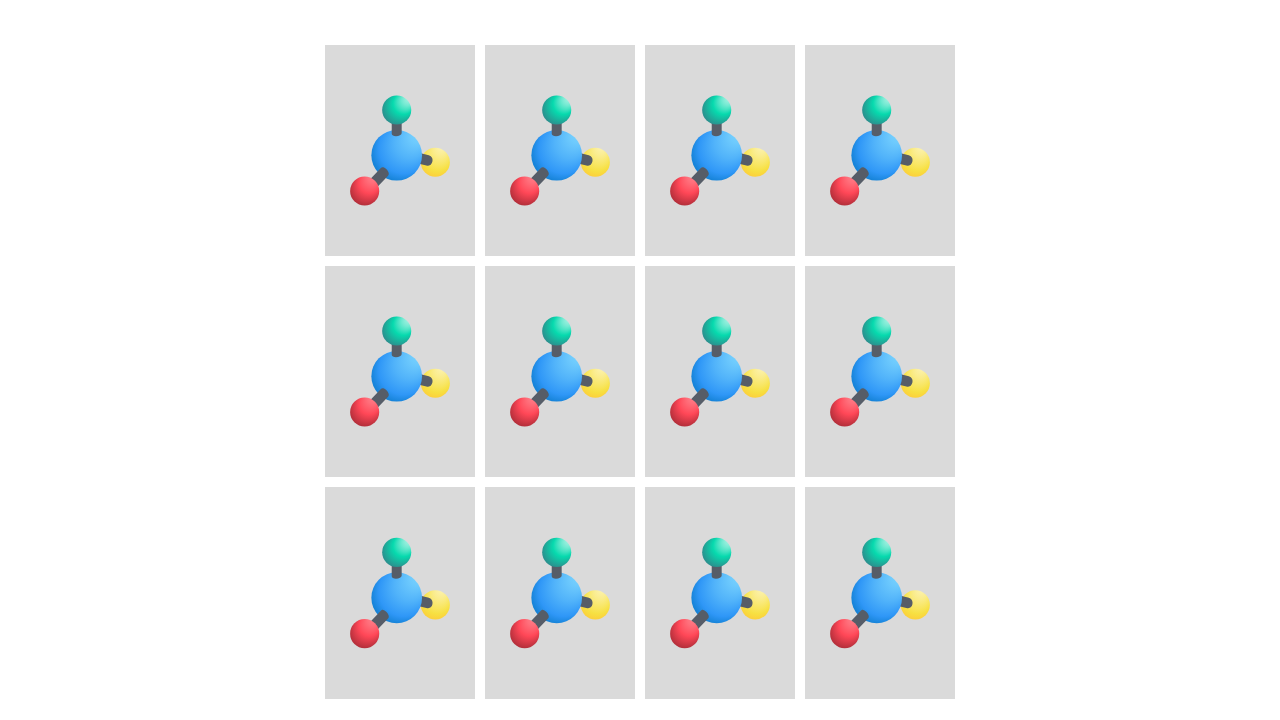
Repository: LeviUmr/JogoDaMemoria
Page: index.html
These files come from the project's save history. The page is drawn as it stood at one moment and after the next save; the edit follows.
The browser window is 1280 px wide. The pictures show the whole page.
Pictures or frames that could not be fetched are drawn as grey boxes.

Above is the page before, as saved 2020-09-16 19:59:40.

### index.html
<html lang="en">
<head>
    <meta charset="UTF-8">
    <meta name="viewport" content="width=device-width, initial-scale=1.0">
    <title>Jogo da Memoria</title>
    <link rel="stylesheet" href="style.css">
</head>
<body>

    <div id="cardboard"></div>
    <script src="main.js" ></script>
</body>
</html>

### style.css
*{
    padding: 0;
    margin: 0;
    box-sizing: border-box;
}
body{
    height: 100vh;
    display: flex;
}

#cardboard{
    width:640px;
    height:640px ;
    margin:auto;
    display: flex;
    flex-wrap: wrap;
}

.memory-card{
    width: calc(25% - 10px);
    height: 33%;
    margin: 5px;
    position: relative;
}

.front,
.back{
    background: #dadada;
    width: 100%;
    height: 100%;
    padding: 20px;
    position:absolute;
}

### main.js
const cardBoard = document.querySelector("#cardBoard")

const images = [
    '001-cat.svg','002-horse.svg','003-gorilla.svg','004-snake.svg','005-toucan.svg', '006-jaguar.svg',

];

let HTML = '';

images.forEach(img =>{
    HTML += `
    <div class="memory-card">
        <img class="front" src= "images/${img}">
        <img class="back" src= "images/molecula.svg">

    </div>
    `
})

cardBoard.innerHTML = HTML + HTML;

//Ícones feitos por <a href="https://www.flaticon.com/br/autores/dighital" title="Dighital">Dighital</a> from <a href="https://www.flaticon.com/br/" title="Flaticon"> www.flaticon.com</a>

After the next save:
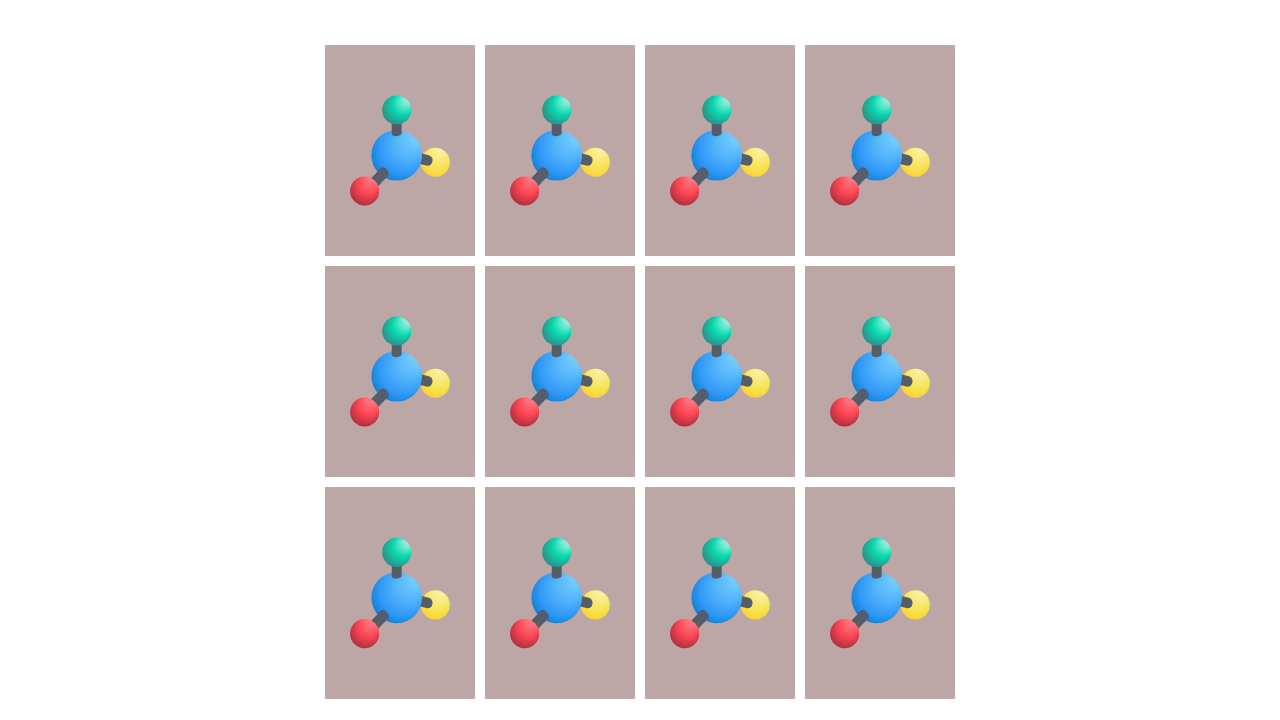
Saved 42 s later.
--- a/style.css
+++ b/style.css
@@ -25,7 +25,7 @@ body{
 
 .front,
 .back{
-    background: #dadada;
+    background: #bda6a6;
     width: 100%;
     height: 100%;
     padding: 20px;
